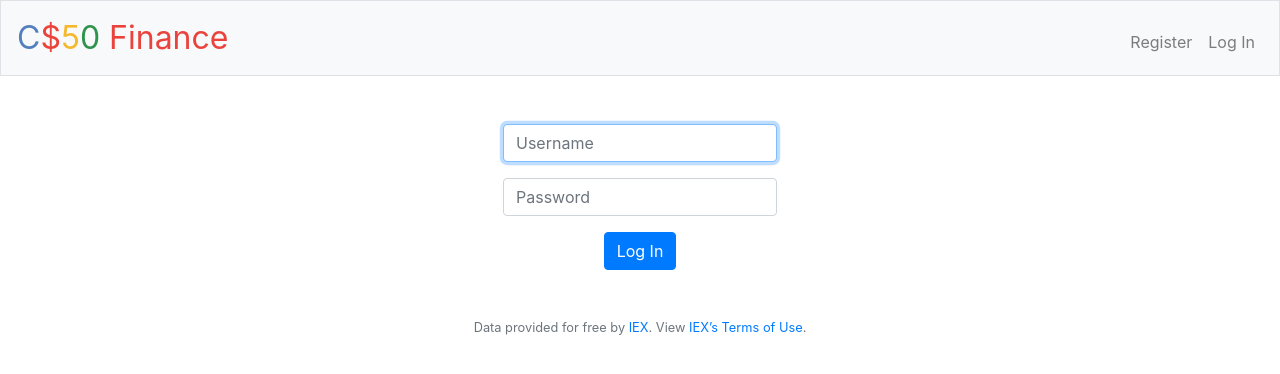
Repository: RachadQ/Cs50
Page: pset8/finance/templates/quote.html
The author's editor kept a record of every edit. The page is drawn from the files as they stood at one moment, then again after the next edit.
The browser window is 1280 px wide. The pictures show the whole page.
The template is drawn by Flask 3. The application's start-up code is not run. Other server files are loaded and not shown. The template is opened directly, without the code that normally fills it, so the values that code supplies are empty.

Above is the page before.

### ub/pset8/finance/templates/quote.html
{% extends "layout.html" %}

{% block title %}
    Log In
{% endblock %}

{% block main %}
    <form action="/quote" method="post">
        <div class="form-group">
            <input autocomplete="off" autofocus class="form-control" name="username" placeholder="Username" type="text">
        </div>
        <div class="form-group">
            <input class="form-control" name="password" placeholder="Password" type="password">
        </div>
        <button class="btn btn-primary" type="submit">Log In</button>
    </form>
{% endblock %}

### ub/pset8/finance/templates/layout.html
<!DOCTYPE html>

<html lang="en">

    <head>

        <!-- Required meta tags -->
        <meta charset="utf-8">
        <meta name="viewport" content="width=device-width, initial-scale=1, shrink-to-fit=no">

        <!-- documentation at http://getbootstrap.com/docs/4.1/, alternative themes at https://bootswatch.com/ -->
        <link href="https://maxcdn.bootstrapcdn.com/bootstrap/4.1.3/css/bootstrap.min.css" rel="stylesheet">

        <!-- https://favicon.io/emoji-favicons/money-mouth-face/ -->
        <link href="/static/favicon.ico" rel="icon">

        <link href="/static/styles.css" rel="stylesheet">

        <script src="https://code.jquery.com/jquery-3.3.1.min.js"></script>
        <script src="https://cdnjs.cloudflare.com/ajax/libs/popper.js/1.14.3/umd/popper.min.js"></script>
        <script src="https://maxcdn.bootstrapcdn.com/bootstrap/4.1.3/js/bootstrap.min.js"></script>

        <title>C$50 Finance: {% block title %}{% endblock %}</title>

    </head>

    <body>

        <nav class="navbar navbar-expand-md navbar-light bg-light border">
            <a class="navbar-brand" href="/"><span class="blue">C</span><span class="red">$</span><span class="yellow">5</span><span class="green">0</span> <span class="red">Finance</span></a>
            <button aria-controls="navbar" aria-expanded="false" aria-label="Toggle navigation" class="navbar-toggler" data-target="#navbar" data-toggle="collapse" type="button">
                <span class="navbar-toggler-icon"></span>
            </button>
            <div class="collapse navbar-collapse" id="navbar">
                {% if session.user_id %}
                    <ul class="navbar-nav mr-auto mt-2">
                        <li class="nav-item"><a class="nav-link" href="/quote">Quote</a></li>
                        <li class="nav-item"><a class="nav-link" href="/buy">Buy</a></li>
                        <li class="nav-item"><a class="nav-link" href="/sell">Sell</a></li>
                        <li class="nav-item"><a class="nav-link" href="/history">History</a></li>
                    </ul>
                    <ul class="navbar-nav ml-auto mt-2">
                        <li class="nav-item"><a class="nav-link" href="/logout">Log Out</a></li>
                    </ul>
                {% else %}
                    <ul class="navbar-nav ml-auto mt-2">
                        <li class="nav-item"><a class="nav-link" href="/register">Register</a></li>
                        <li class="nav-item"><a class="nav-link" href="/login">Log In</a></li>
                    </ul>
                {% endif %}
            </div>
        </nav>

        {% if get_flashed_messages() %}
            <header>
                <div class="alert alert-primary border text-center" role="alert">
                    {{ get_flashed_messages() | join(" ") }}
                </div>
            </header>
        {% endif %}

        <main class="container p-5">
            {% block main %}{% endblock %}
        </main>

        <footer class="small text-center text-muted">
            Data provided for free by <a href="https://iextrading.com/developer">IEX</a>. View <a href="https://iextrading.com/api-exhibit-a/">IEX’s Terms of Use</a>.
        </footer>

    </body>

</html>

Loaded but not shown: ub/pset8/finance/static/styles.css (common file)

After the next edit:
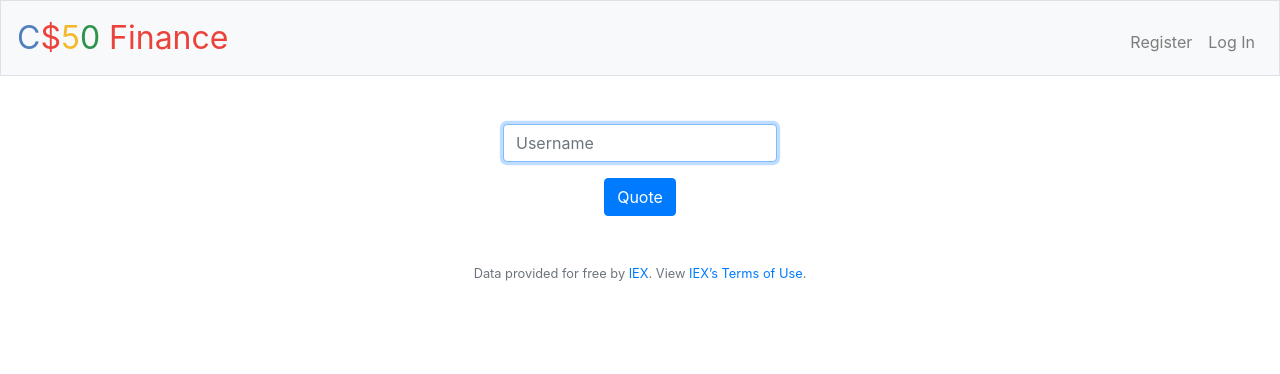
The edit:
--- a/ub/pset8/finance/templates/quote.html
+++ b/ub/pset8/finance/templates/quote.html
@@ -9,9 +9,7 @@
         <div class="form-group">
             <input autocomplete="off" autofocus class="form-control" name="username" placeholder="Username" type="text">
         </div>
-        <div class="form-group">
-            <input class="form-control" name="password" placeholder="Password" type="password">
-        </div>
-        <button class="btn btn-primary" type="submit">Log In</button>
+
+        <button class="btn btn-primary" type="submit">Quote</button>
     </form>
 {% endblock %}
